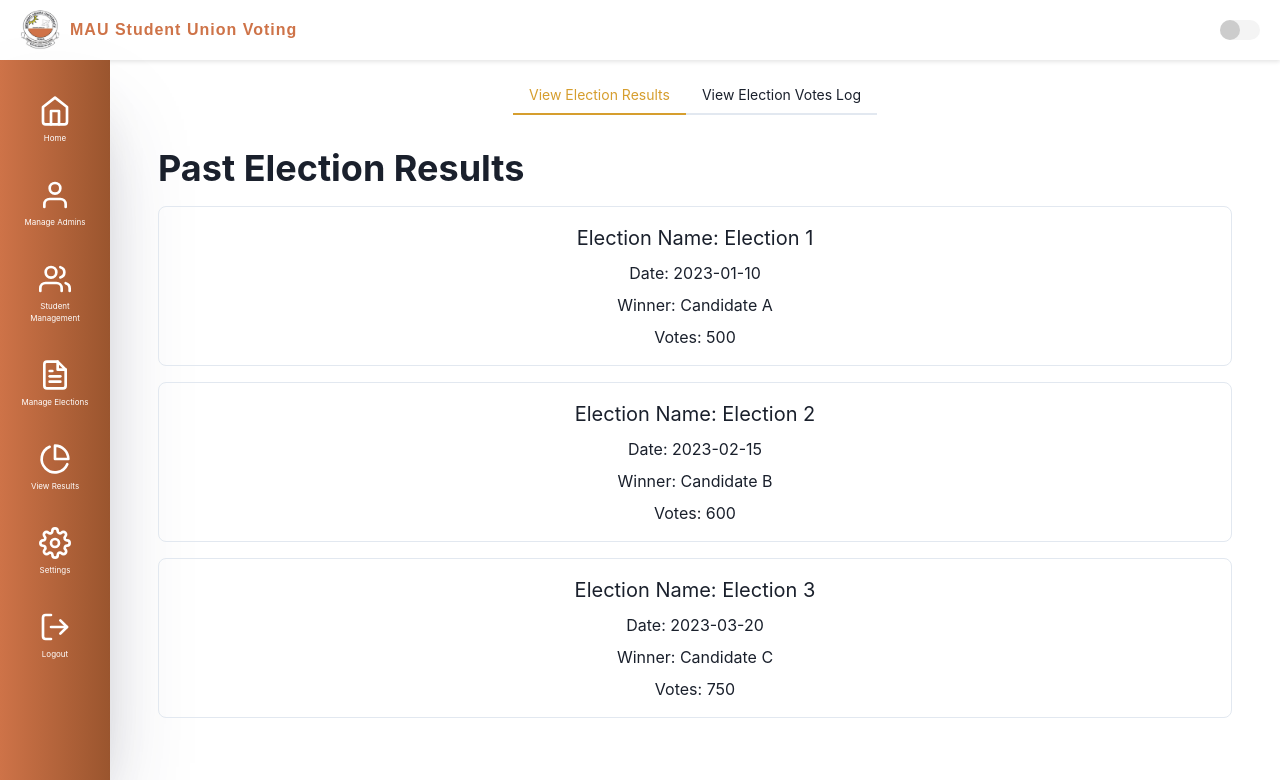
Repository: joena1o/e-vote
Page: /admin-dashboard/view-results
These files come from the project's save history. The page is drawn as it stood at one moment and after the next save; the edit follows.
The browser window is 1280 px wide. The pictures show the whole page.
The project was rebuilt for these pictures with package versions that can differ from the ones it lists, and the page was loaded fresh each time. Also part of the build but not shown: src/components/EnhancedLogin.js, src/components/maincontent/RegisterStudents/ManageStudents.js, src/components/maincontent/RegisterStudents/RegisterStudents.js, src/components/maincontent/RegisterStudents/StudentManagement.js, src/components/maincontent/ElectionResults/report.js, src/components/maincontent/Settings/Settings.js, src/api/index.js, src/components/maincontent/home/Home.styles.js and 17 more.

Above is the page before, as saved 2023-10-29 07:35:46.

After the next save:
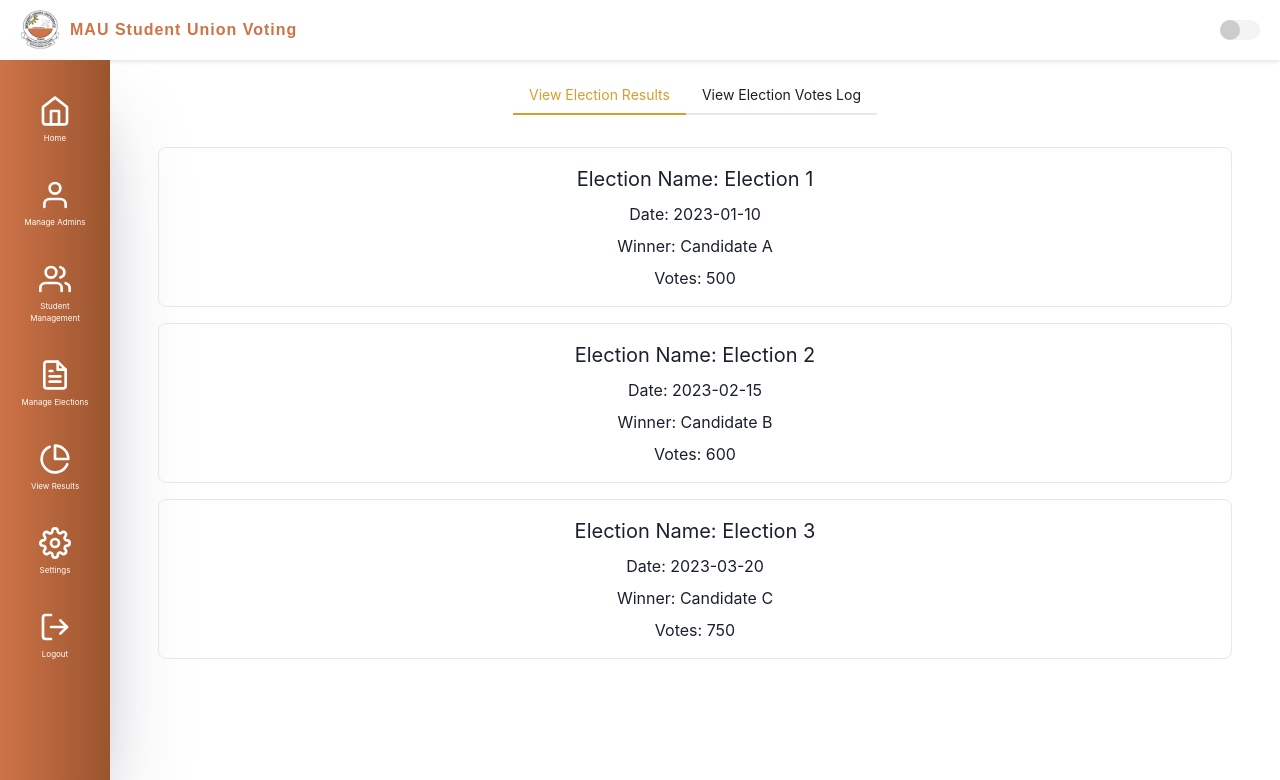
Saved 2 min 9 s later.
--- a/src/components/maincontent/ElectionResults/ViewResults.js
+++ b/src/components/maincontent/ElectionResults/ViewResults.js
@@ -43,9 +43,7 @@ const ViewResults = () => {
 
   return (
     <Box p={4}>
-      <Heading as="h1" size="xl" mb={4}>
-        Past Election Results
-      </Heading>
+
       {pastElectionResults.map((result) => (
         <VStack
           key={result.id}
